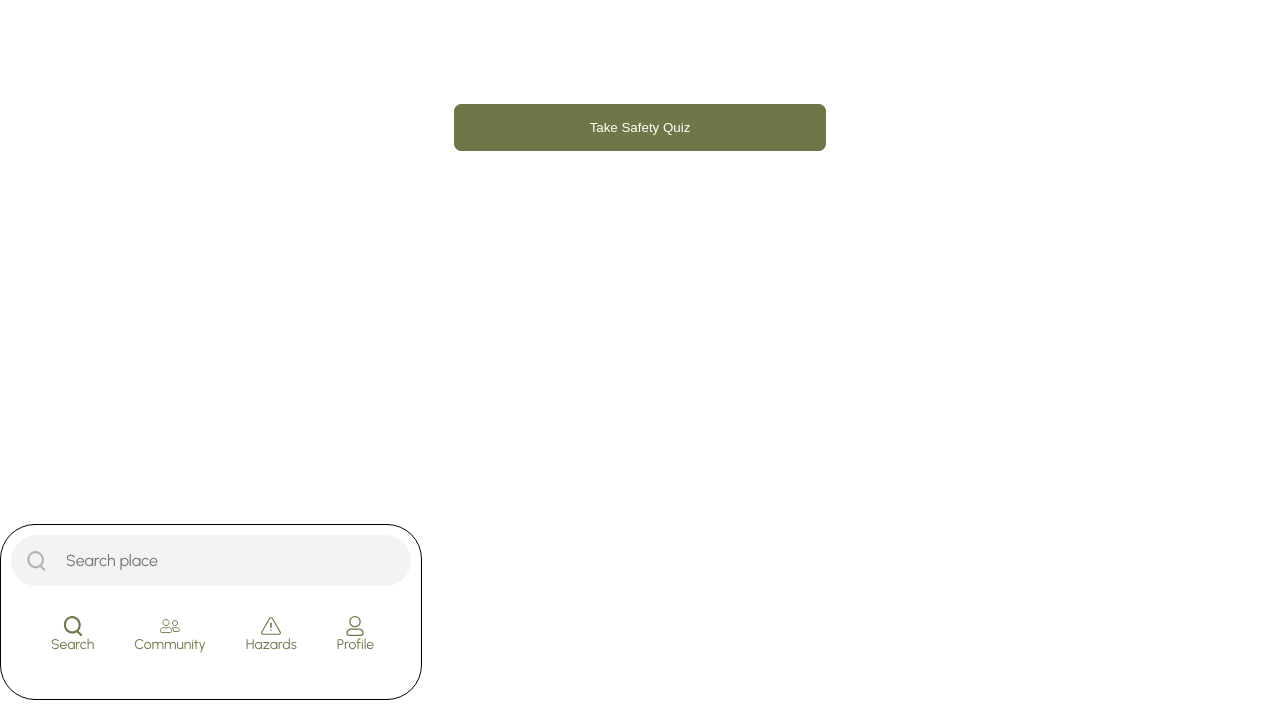
Repository: Aladdin3r/SafeCycle
Page: /
These files come from the project's save history. The page is drawn as it stood at one moment and after a run of saves; the edit follows.
The browser window is 1280 px wide. The pictures show the whole page.
The project was rebuilt for these pictures with package versions that can differ from the ones it lists, and the page was loaded fresh each time. The framework's server and built-in components were replaced by stand-ins that run in the browser.

Above is the page before, as saved 2024-04-15 13:10:01.

After the next 2 saves:
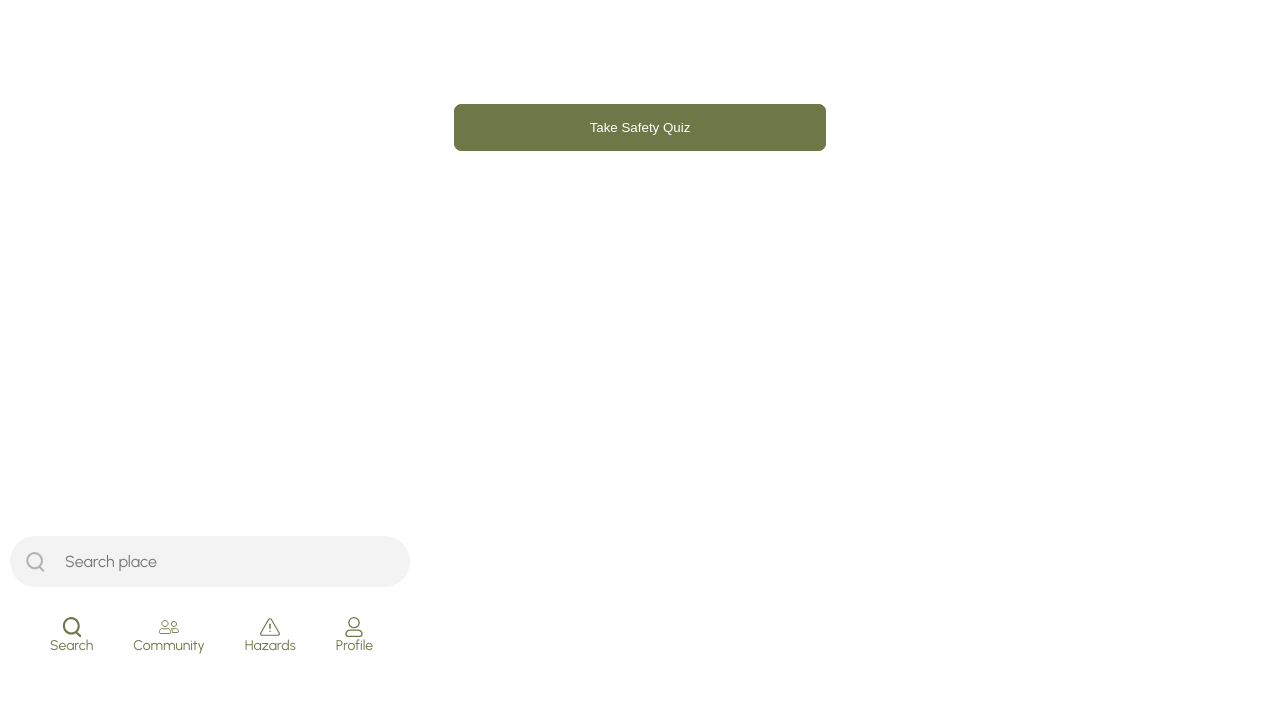
The 2 saves are shown as one change because they came seconds apart.
The last was saved 23 s later.
--- a/components/NavBar/NavBar.module.css
+++ b/components/NavBar/NavBar.module.css
@@ -31,8 +31,8 @@
     width: 100%;
     background-color: white;
     padding: 10px;
-    border-radius: 35px;
-    border: 1px solid ;
+    border-radius: 35px 35px 0px 0px;
+
 }
 
 .search {
